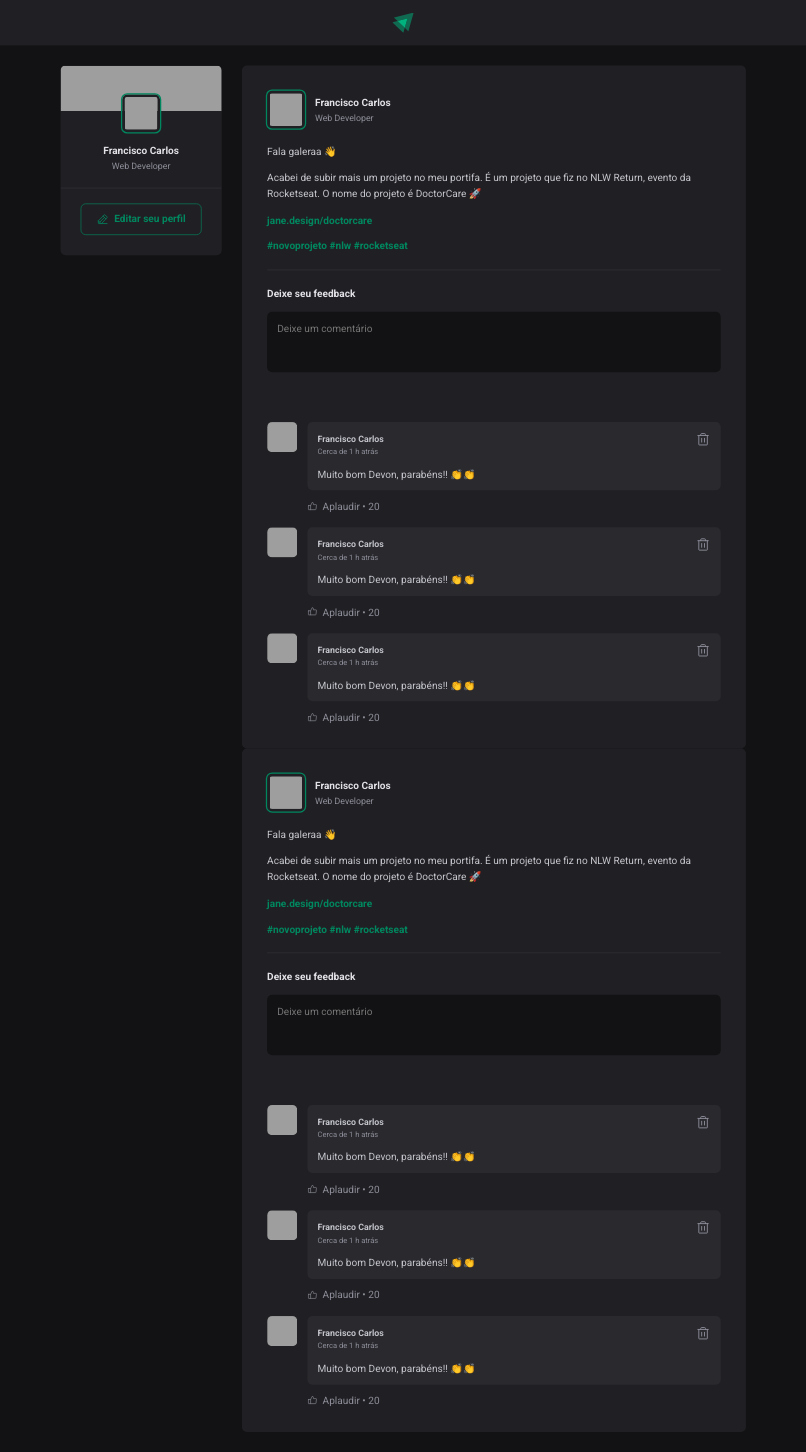
Repository: ch1coon/AulasRocketseat
Page: / (app in Ignite/aulas/01-fundamentos-reactjs/)
The author's editor kept a copy of each file at every save. The page is drawn from the files as they stood at one save, then again after the next save.
The browser window is 1280 px wide. The pictures show the whole page, at 63% of full size.
Pictures or frames that could not be fetched are drawn as grey boxes. The project was rebuilt for these pictures with package versions that can differ from the ones it lists, and the page was loaded fresh each time. Also part of the build but not shown: Ignite/aulas/01-fundamentos-reactjs/vite.config.js.

Above is the page before, as saved 2023-08-12 09:06:30.

### Ignite/aulas/01-fundamentos-reactjs/index.html
<!DOCTYPE html>
<html lang="en">
  <head>
    <meta charset="UTF-8" />
    <link rel="preconnect" href="https://fonts.googleapis.com" />
    <link rel="preconnect" href="https://fonts.gstatic.com" crossorigin />

    <link rel="icon" type="image/svg+xml" href="/vite.svg" />
    <meta name="viewport" content="width=device-width, initial-scale=1.0" />

    <link
      href="https://fonts.googleapis.com/css2?family=Roboto:wght@400;700&display=swap"
      rel="stylesheet"
    />
    <title>Vite + React</title>
  </head>
  <body>
    <div id="root"></div>
    <script type="module" src="/src/main.jsx"></script>
  </body>
</html>

### Ignite/aulas/01-fundamentos-reactjs/src/App.jsx
import { Post } from "./components/Post";
import { Header } from "./components/Header";
import { Sidebar } from "./components/Sidebar";

import styles from "./App.module.css";

import "./global.css";

export function App() {
  return (
    <div>
      <Header />

      <div className={styles.wrapper}>
        <Sidebar/>
        <main>
          <Post
            author="Diego Fernandes"
            content="Lorem ipsum dolor sit amet consectetur adipisicing elit. Rerum dolorem fuga odio voluptas voluptate rem dolores earum culpa, voluptatibus id nisi, qui, quae tempore quas facilis numquam blanditiis modi autem."
          />
          <Post
            author="Gabriel Guzzi"
            content="Lorem ipsum dolor sit amet consectetur adipisicing elit. Rerum dolorem fuga odio voluptas voluptate rem dolores earum culpa, voluptatibus id nisi, qui, quae tempore quas facilis numquam blanditiis modi autem."
          />
        </main>
      </div>
    </div>
  );
}

### Ignite/aulas/01-fundamentos-reactjs/src/components/Post.jsx
import { Comment } from "./Comment";
import styles from "./Post.module.css";

export function Post() {
  return (
    <article className={styles.post}>
      <header>
        <div className={styles.author}>
          <img className={styles.avatar} src="https://github.com/ch1coon.png" />
          <div className={styles.authorInfo}>
            <strong>Francisco Carlos</strong>
            <span>Web Developer</span>
          </div>
        </div>

        <time title="11 de Maio às 08:51" dateTime="2023-07-26 08:49:38"></time>
      </header>

      <div className={styles.content}>
        <p>Fala galeraa 👋</p>

        <p>
          Acabei de subir mais um projeto no meu portifa. É um projeto que fiz
          no NLW Return, evento da Rocketseat. O nome do projeto é DoctorCare 🚀
        </p>

        <p>
          <a href="">jane.design/doctorcare</a>
        </p>

        <p>
          <a href="">#novoprojeto</a> <a href="">#nlw</a>{" "}
          <a href="">#rocketseat</a>{" "}
        </p>
      </div>

      <form className={styles.commentForm}>
        <strong>Deixe seu feedback</strong>
        <textarea placeholder="Deixe um comentário" />

        <footer>
          <button type="submit">Publicar</button>
        </footer>
      </form>

      <div className={styles.commentList}>
        <Comment />
        <Comment />
        <Comment />
      </div>
    </article>
  );
}

### Ignite/aulas/01-fundamentos-reactjs/src/components/Header.jsx
import styles from "./Header.module.css";

import igniteLogo from '../assets/Ignite-logo.svg';

export function Header() {
  return (
    <header className={styles.header}>
      <img src={igniteLogo} alt="Logotipo do Ignite" />
    </header>
  );
}

### Ignite/aulas/01-fundamentos-reactjs/src/components/Sidebar.jsx
import { PencilLine } from "phosphor-react";

import styles from "./Sidebar.module.css";

export function Sidebar() {
  return (
    <aside className={styles.sidebar}>
      <img
        className={styles.cover}
        src="https://images.unsplash.com/photo-1571757767119-68b8dbed8c97?ixlib=rb-4.0.3&ixid=M3wxMjA3fDB8MHxwaG90by1wYWdlfHx8fGVufDB8fHx8fA%3D%3D&auto=format&fit=crop&w=500&q=50"
      />
      <div className={styles.profile}>
        <img className={styles.avatar} src="https://github.com/ch1coon.png" />
        <strong> Francisco Carlos</strong>
        <span>Web Developer</span>
      </div>

      <footer>
        <a href="#">
          <PencilLine size={20}/>
          Editar seu perfil
        </a>
      </footer>
    </aside>
  );
}

### Ignite/aulas/01-fundamentos-reactjs/src/App.module.css
.wrapper {
    max-width: 70rem;
    margin: 2rem auto;
    padding: 0 1rem;

    display: grid;
    grid-template-columns: 256px 1fr;
    gap: 2rem;
    align-items: flex-start;

}

### Ignite/aulas/01-fundamentos-reactjs/src/global.css
:root {
  --white: #fff;
  --gray-100: #e1e1e6;
  --gray-300: #c4c4cc;
  --gray-400: #8d8d99;
  --gray-600: #323238;
  --gray-700: #29292e;
  --gray-800: #202024;
  --gray-900: #121214;

  --green-300: #00837e;
  --green-500: #00875f;

  --red-500: #f75a68;
}

:focus {
  outline: transparent;
  box-shadow: 0 0 0 2px var(--green-500);
}

* {
  margin: 0;
  padding: 0;
  box-sizing: border-box;
}

body {
  background: var(--gray-900);
  color: var(--gray-300);
  -webkit-font-smoothing: antialiased;
}

body,
input,
textarea,
button {
  font-family: "Roboto", sans-serif;
  font-weight: 400;
  font-size: 1rem;
}

### Ignite/aulas/01-fundamentos-reactjs/src/components/Comment.jsx
import styles from "./Comment.module.css";
import { ThumbsUp, Trash } from "phosphor-react";

export function Comment() {
  return (
    <div className={styles.comment}>
      <img src="https://github.com/ch1coon.png" />

      <div className={styles.commentBox}>
        <div className={styles.commentContent}>
          <header>
            <div className={styles.authorAndTime}>
              <strong>Francisco Carlos</strong>
              <time title="11 de Maio às 08:51" dateTime="2023-07-26 08:49:38">
                Cerca de 1 h atrás
              </time>
            </div>
            <button title="Deletar comentário">
              <Trash size={24} />
            </button>
          </header>

          <p>Muito bom Devon, parabéns!! 👏👏</p>
        </div>
        <footer>
          <button>
            <ThumbsUp />
            Aplaudir <span>20</span>
          </button>
        </footer>
      </div>
    </div>
  );
}

### Ignite/aulas/01-fundamentos-reactjs/src/components/Post.module.css
.post {
  background: var(--gray-800);
  border-radius: 8px;
  padding: 2.5rem;
}

.post + post {
  margin-top: 2rem;
}

.content {
  line-height: 1.6;
  color: var(--gray-300);
  margin-top: 1.5rem;
}

.content p {
  margin-top: 1rem;
}

.content a {
  font-weight: bold;
  color: var(--green-500);
  text-decoration: none;
}

.content a:hover {
  color: var(--green-300);
}

.post > header {
  display: flex;
  align-items: center;
  justify-content: space-between;
}

.post > header time {
  font-size: 0.875rem;
  color: var(--gray-400);
}

.author {
  display: flex;
  align-items: center;
  gap: 1rem;
}

.author img {
  width: calc(3rem + 12px);
  height: calc(3rem + 12px);
  border-radius: 8px;
  border: 4px solid var(--gray-800);
  outline: 2px solid var(--green-500);
}

.authorInfo strong {
  display: block;
  color: var(--gray-100);
  line-height: 1.6;
}

.authorInfo span {
  display: block;
  font-size: 0.875rem;
  color: var(--gray-400);
  line-height: 1.6;
}

.commentForm {
  width: 100%;
  margin-top: 1.5rem;
  padding-top: 1.5rem;
  border-top: 1px solid var(--gray-600);
}

.commentForm > strong {
  line-height: 1.6;
  color: var(--gray-100);
}

.commentForm textarea {
  width: 100%;
  background: var(--gray-900);
  border: 0;
  resize: none;
  height: 6rem;
  padding: 1rem;
  border-radius: 8px;
  color: var(--gray-100);
  line-height: 1.4;
  margin-top: 1rem;
}

.commentForm button[type="submit"] {
  padding: 1rem 1.5rem;
  margin-top: 1rem;
  border-radius: 8px;
  border: 0;
  background: var(--green-500);
  color: var(--white);
  font-weight: bold;
  cursor: pointer;
  transition: background-color 0.1s;
  visibility: hidden;
  max-height: 0;
}

.commentForm button[type="submit"]:hover {
  background: var(--green-300);
}

### Ignite/aulas/01-fundamentos-reactjs/src/components/Header.module.css
.header {
  background: var(--gray-800);
  display: flex;
  justify-content: center;
  padding: 1.25rem 0 ;
}

.header img {
    height: 2rem;
}

### Ignite/aulas/01-fundamentos-reactjs/src/components/Sidebar.module.css
.sidebar {
  background: var(--gray-800);
  border-radius: 8px;
  overflow: hidden;
}

.cover {
  width: 100%;
  height: 72px;
  object-fit: cover;
}

.profile {
  display: flex;
  flex-direction: column;
  align-items: center;

  margin-top: calc(0px - 1.5rem - 6px);
}

.avatar {
    width: calc(3rem + 12px);
    height: calc(3rem + 12px);
    border-radius: 8px;
    border: 4px solid var(--gray-800);
    outline: 2px solid var(--green-500);
}

.profile strong {
    margin-top: 1rem;
    color: var(--gray-100);
    line-height: 1.6;
}

.profile span {
    font-size: 0.875rem;
    color: var(--gray-400);
    line-height: 1.6;
}

.sidebar footer {
  border-top: 1px solid var(--gray-600);
  margin-top: 1.5rem;
  padding: 1.5rem 2rem 2rem;
}

.sidebar footer a {
  background: transparent;
  color: var(--green-500);
  border: 1px solid var(--green-500);
  border-radius: 8px;
  height: 50px;
  padding: 0 1.5rem;
  font-weight: bold;
  display: block;
  text-decoration: none;
  display: flex;
  align-items: center;
  justify-content: center;

  gap: 0.5rem;

  transition: color 0.1s, background-color 0.1s;
}

.sidebar footer a:Hover {
    background: var(--green-500);
    color: var(--white);
}

### Ignite/aulas/01-fundamentos-reactjs/src/components/Comment.module.css
.comment {
  margin-top: 1.5rem;
  display: flex;
  gap: 1rem;
}

.comment > img {
  width: 3rem;
  height: 3rem;
  border-radius: 8px;
}

.commentBox {
  flex: 1;
}

.commentContent {
  background: var(--gray-700);
  border-radius: 8px;
  padding: 1rem;
}

.commentContent header {
  display: flex;
  align-items: flex-start;
  justify-content: space-between;
}

.authorAndTime strong {
  display: block;
  font-size: 0.875rem;
  line-height: 1.6;
}

.authorAndTime time {
  display: block;
  font-size: 0.75rem;
  line-height: 1.6;
  color: var(--gray-400);
}

.commentContent header button {
  background: transparent;
  border: 0;
  color: var(--gray-400);
  cursor: pointer;
  line-height: 0;
  border-radius: 2px;
}

.commentContent header button:hover {
  color: var(--red-500);
}

.commentContent p {
  margin-top: 1rem;
  color: var(--gray-300);
}

.commentBox footer {
  margin-top: 1rem;
}

.commentBox footer button {
  background: transparent;
  border: 0;
  color: var(--gray-400);
  cursor: pointer;
  display: flex;
  align-items: center;
  border-radius: 2px;
}

.commentBox footer button:hover {
  color: var(--green-300);
}

.commentBox footer button svg {
  margin-right: 0.5rem;
}

.commentBox footer button span::before {
  content: "\2022";
  padding: 0 0.25rem;
}

Loaded but not shown: Ignite/aulas/01-fundamentos-reactjs/src/main.jsx (common file)

After the next save:
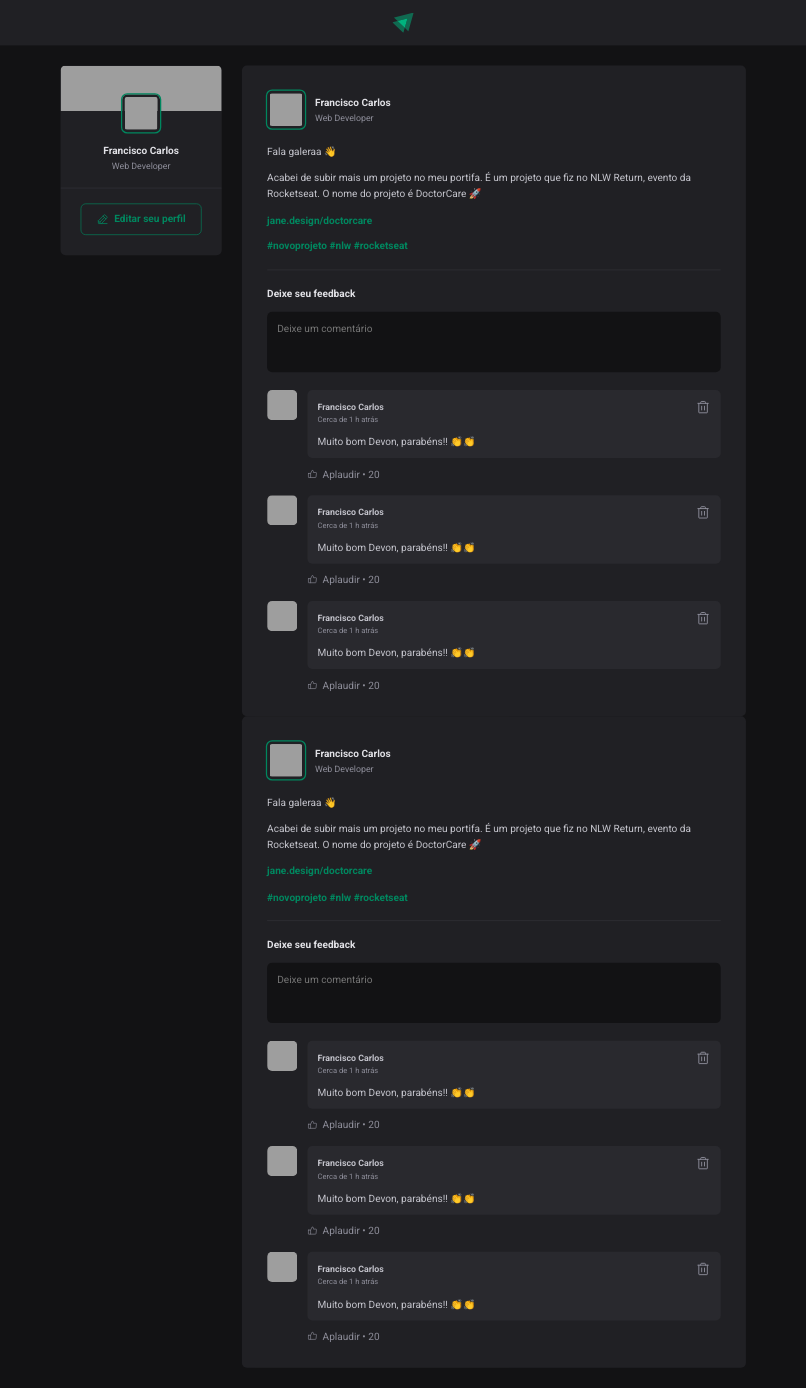
Saved 31 s later.
--- a/Ignite/aulas/01-fundamentos-reactjs/src/components/Post.module.css
+++ b/Ignite/aulas/01-fundamentos-reactjs/src/components/Post.module.css
@@ -91,6 +91,11 @@
   margin-top: 1rem;
 }
 
+.commentForm footer {
+  visibility: hidden;
+  max-height: 0;
+}
+
 .commentForm button[type="submit"] {
   padding: 1rem 1.5rem;
   margin-top: 1rem;
@@ -101,8 +106,6 @@
   font-weight: bold;
   cursor: pointer;
   transition: background-color 0.1s;
-  visibility: hidden;
-  max-height: 0;
 }
 
 .commentForm button[type="submit"]:hover {
